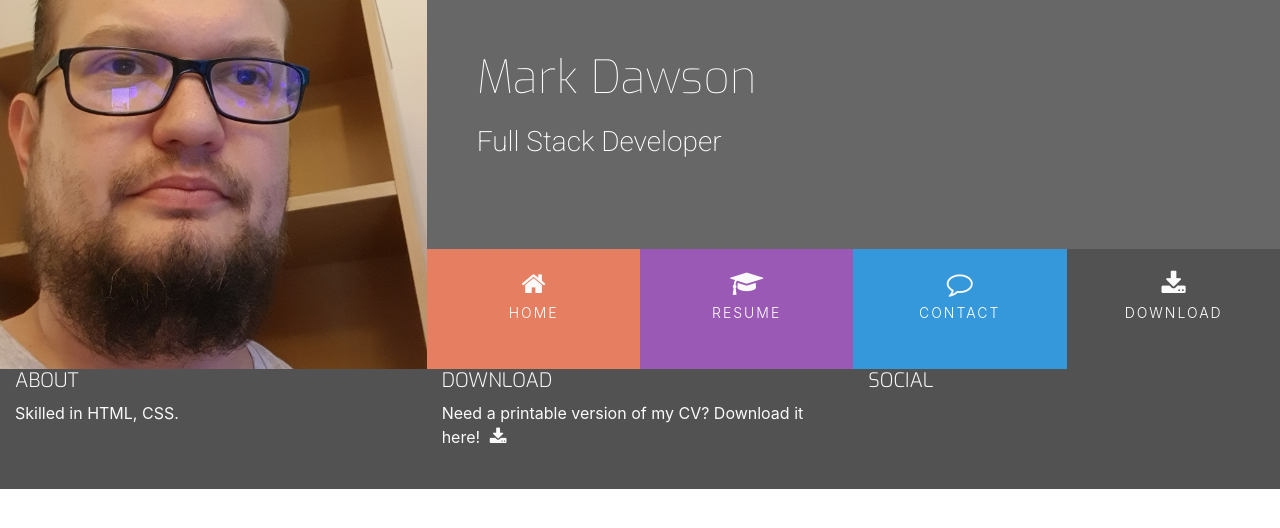
Repository: marcopolomt/resume
Page: contact.html
The author's editor kept a record of every edit. The page is drawn from the files as they stood at one moment, then again after the next edit.
The browser window is 1280 px wide. The pictures show the whole page.

Above is the page before.

### contact.html
<!DOCTYPE html>
<html lang="en">

<head>
    <meta charset="UTF-8">
    <meta name="viewport" content="width=device-width, initial-scale=1.0">
    <meta http-equiv="X-UA-Compatible" content="ie=edge">
    <link rel="stylesheet" href="https://stackpath.bootstrapcdn.com/bootstrap/4.3.1/css/bootstrap.min.css" type="text/css" />
    <link rel="stylesheet" href="https://stackpath.bootstrapcdn.com/font-awesome/4.7.0/css/font-awesome.min.css" type="text/css" />
    <link rel="stylesheet" href="https://cdnjs.cloudflare.com/ajax/libs/hover.css/2.3.1/css/hover-min.css" type="text/css" />
    <link rel="stylesheet" href="assets/css/style.css" type="text/css" />
    <title>Mark</title>
</head>

<body>
    <header>
        <div class="row no-gutters">
            <a href="index.html" class="col-md-4 logo">

            </a>
            <div class="col-md-8">
                <div class="row no-gutters bg-color-name-title">
                    <div class="col heading">
                        <h1 class="name">Mark Dawson</h1>
                        <h2 class="title">Full Stack Developer</h2>
                    </div>
                </div>
                <div class="row no-gutters">
                    <div class="col">
                        <ul id="nav" class="list-inline menucontainer">
                            <li class="col-6 col-sm-3 ui-menu-color-home list-inline-item menuitem">
                                <a href="#" class="hvr-sweep-to-bottom"><i class="fa fa-home" aria-hidden="true"></i><span>Home</span></a>
                            </li>
                            <li class="col-6 col-sm-3 ui-menu-color-resume list-inline-item menuitem">
                                <a href="#" class="hvr-sweep-to-bottom"><i class="fa fa-graduation-cap" aria-hidden="true"></i><span>Resume</span></a>
                            </li>
                            <li class="col-6 col-sm-3 ui-menu-color-contact list-inline-item menuitem">
                                <a href="#" class="hvr-sweep-to-bottom"><i class="fa fa-comment-o" aria-hidden="true"></i><span>Contact</span></a>
                            </li>
                            <li class="col-6 col-sm-3 ui-menu-color-download list-inline-item menuitem">
                                <a href="#" class="hvr-sweep-to-bottom"><i class="fa fa-download" aria-hidden="true"></i><span>Download</span></a>
                            </li>
                        </ul>
                    </div>
                </div>
            </div>
        </div>
    </header>
    <section>

    </section>
    <footer class="container-fluid">
        <div class="row">
            <div class="col-sm-4">
                <h5 class="uppercase general-sub">About</h5>
                <p class="inline-block">
                    Skilled in HTML, CSS.
                </p>
            </div>
            <div class="col-sm-4">
                <h5 class="uppercase general-sub">Download</h5>
                <p class="inline-block">
                    Need a printable version of my CV? Download it here!
                    <a href="#" target="_blank" class="cv-pdf">
                        <i class="fa fa-download" aria-hidden="true"></i>
                        <span class="sr-only">Download link</span>
                    </a>
                </p>
            </div>
            <div class="col-sm-4">
                <h5 class="uppercase general-sub">Social</h5>
            </div>
        </div>

    </footer>

</body>

</html>

### assets/css/style.css
@import url('https://fonts.googleapis.com/css?family=Roboto:100,200,300,400,500,600,700|Exo:100,200,300,400,500,600,700');

/*-------------colours------------- */

.bg-color-name-title {
    background-color: #676767;
}

.ui-menu-color-home {
    background-color: #e67e62;
}

.ui-menu-color-resume {
    background-color: #9b59b6;
}

.ui-menu-color-contact {
    background-color: #3498db;
}

.ui-menu-color-download {
    background-color: #525252;
}

/*-------------special paddings/margins/text------------- */

h1,
h2,
h3,
h4 {
    margin: 0;

}

.uppercase {
    text-transform: uppercase;
}

.general-sub {
    font-family: "Exo", sans-serif;
    font-weight: 300;
    color: #fafafa;
}

.inline-block {
    display: inline-block;
}

/*-------------heading------------- */

header {
    margin: 0;
}

.heading {
    margin-left: 50px;

}

.logo {
    background: url(../images/me4.png);
    background-position: center;
    background-repeat: no-repeat;
    background-size: cover;
    min-height: 360px;
    transition: all .5s ease-in-out;
    -moz-transition: all .5s ease-in-out;
    -webkit-transition: all .5s ease-in-out;
}

.name {
    font-family: "Exo", sans-serif;
    font-weight: 100;
    font-size: 46px;
    margin-top: 50px;
    color: #fff;
}

.title {
    font-family: "Roboto", sans-serif;
    font-weight: 200;
    font-size: 28px;
    margin-top: 20px;
    margin-bottom: 90px;
    color: #fff;
}

.list-inline-item:not(:last-child) {
    margin: 0;
}

.menucontainer {
    font-size: 0;
}

#nav {
    margin: 0;
}

#nav li {
    font-size: 14px;
    padding: 0;
}

.menuitem {
    height: 120px;
    text-align: center;
    padding: 0;
}

.menuitem a {
    width: 100%;
    text-decoration: none;
    color: #fff;
    height: 120px;
}

.menuitem a i {
    padding-top: 22px;
    display: block;
    color: #fafafa;
    font-size: 26px;
}

.menuitem span {
    display: block;
    width: 100%;
    padding-top: 5px;
    text-align: center;
    text-transform: uppercase;
    font-size: 14px;
    font-weight: 300;
    letter-spacing: 2px;
}

/*-------------hover.css------------- */

.hvr-sweep-to-bottom:before {
    background: rgba(0, 0, 0, 0.2);
    height: 120px;

}

/*-------------footer------------- */

footer {
    background-color: #525252;
    color: #fafafa;
    min-height: 120px;
    margin: 0;
}

.cv-pdf i {
    font-size: 18px;
    color: #fafafa;
    text-align: center;
    padding-left: 5px;
    transition: all 0.35s ease-in-out;
    -moz-transition: all 0.35s ease-in-out;
    -webkit-transition: all 0.35s ease-in-out;
    -o-transition: all 0.35s ease-in-out;
}

.cv-pdf i:hover {
    color: #e84610;
}

.social-links {
    padding-bottom: 15px;

}

.social-links li a i {
    width: 32px;
    height: 32px;
    padding: 12px 0;
    border-radius: 50%;
    font-size: 13px;
    line-height: 7px;
    text-align: center;
    color: #fafafa;
    background: #8f8f8f;
    transition: all 0.35s ease-in-out;
    -moz-transition: all 0.35s ease-in-out;
    -webkit-transition: all 0.35s ease-in-out;
    -o-transition: all 0.35s ease-in-out;
}

.social-links li a i:hover {
    background: #e84610;
}

#footer-details {
    padding: 20px;
}

After the next edit:
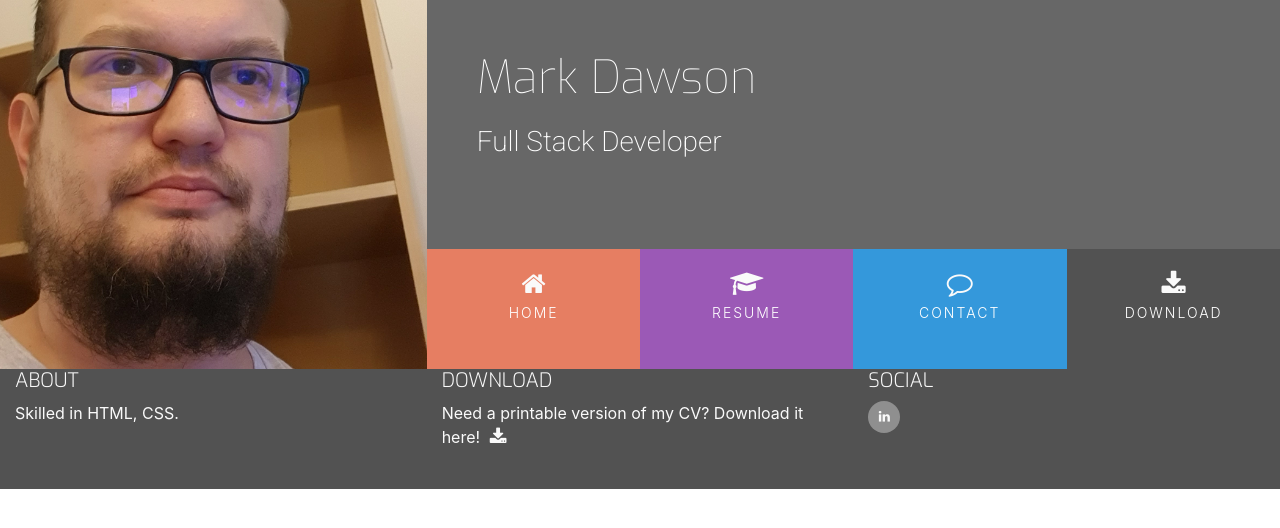
The edit:
--- a/contact.html
+++ b/contact.html
@@ -69,6 +69,15 @@
             </div>
             <div class="col-sm-4">
                 <h5 class="uppercase general-sub">Social</h5>
+                <ul class="list-inline social-links">
+                    <li class="list-inline-item">
+                        <a target="_blank" href="#">
+                            <i class="fa fa-linkedin" aria-hidden="true"></i>
+                        <span class="sr-only">linked in</span>
+
+                        </a>
+                    </li>
+                </ul>
             </div>
         </div>
 
